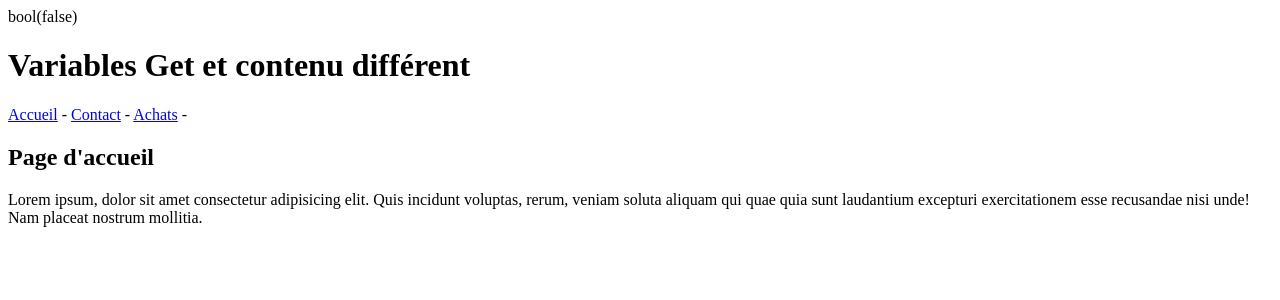
Repository: vicfir/base-php-2021
Page: http://localhost/11-variable-get-if.php?idpage=1
An editor plug-in stored every save of this project. The page is shown before and after the next save, followed by the edit.
The browser window is 1280 px wide. The pictures show the whole page.
The page is run by PHP 8.4 with error messages shown; the project is at /var/www/html/.

Above is the page before, as saved 2021-09-06 14:24:25.

### 11-variable-get-if.php
<?php
// variable de contenu
$pages = [
    1 => [
        "titre" => "Page d'accueil",
        "texte" => "Lorem ipsum, dolor sit amet consectetur adipisicing elit. Quis incidunt voluptas, rerum, veniam soluta aliquam qui quae quia sunt laudantium excepturi exercitationem esse recusandae nisi unde! Nam placeat nostrum mollitia.",
    ],
    2 => [
        "titre" => "Contact",
        "texte" => "Lorem ipsum dolor sit amet consectetur adipisicing elit. Voluptatem, dignissimos ullam, voluptates, molestiae laboriosam quidem culpa ab deleniti ea eum eius? Natus ab saepe tempore non sequi unde amet eveniet!",
    ],
    3 => [
        "titre" => "Achats",
        "texte" => "Lorem ipsum dolor, sit amet consectetur adipisicing elit. Ipsum quo blanditiis, pariatur optio sapiente iure aliquid cumque minima at laudantium nulla quisquam quas doloremque culpa odio soluta enim provident eum.",
    ],

];

if (isset($_GET['idpage'])) {
    $id = (int) $_GET['idpage'];

    switch ($_GET['idpage']) {
        case 0:
            $title = $pages[1]["titre"];
            $texte = $pages[1]["texte"];
            break;
        case $id:
            $title = $pages[$id]["titre"];
            $texte = $pages[$id]["texte"];
            break;
    } // ... sinon si

    // page d'accueil par défaut
} else {
    $title = $pages[1]["titre"];
    $texte = $pages[1]["texte"];
}

?>
<!DOCTYPE html>
<html lang="en">

<head>
    <meta charset="UTF-8">
    <meta http-equiv="X-UA-Compatible" content="IE=edge">
    <meta name="viewport" content="width=device-width, initial-scale=1.0">
    <title>Variables Get et contenu différent</title>
</head>

<body>
    <?php var_dump(isset($page[$id])); ?>
    <h1>Variables Get et contenu différent</h1>
    <nav><a href="?idpage=1">Accueil</a> - <a href="?idpage=2">Contact</a> - <a href="?idpage=3">Achats</a> -</nav>
    <h2><?= $title ?></h2>
    <p><?= $texte ?></p>
</body>

</html>

After the next save:
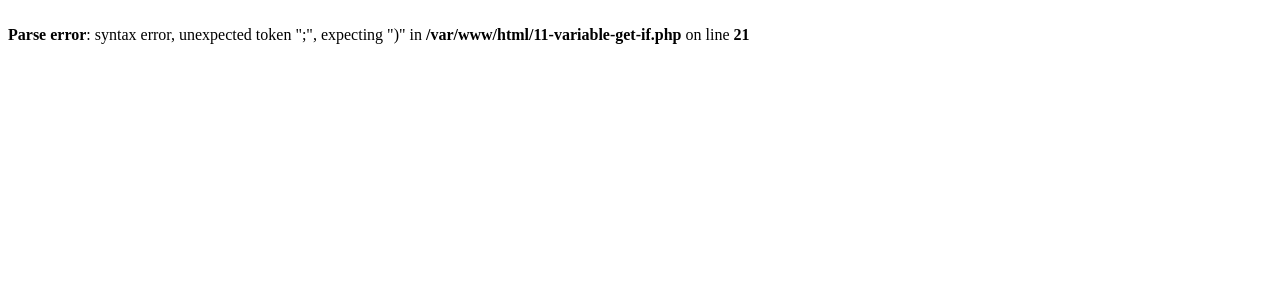
Saved 73 s later.
--- a/11-variable-get-if.php
+++ b/11-variable-get-if.php
@@ -18,7 +18,7 @@ $pages = [
 
 if (isset($_GET['idpage'])) {
     $id = (int) $_GET['idpage'];
-
+    $id = isset($page[$id] ? $id:0;
     switch ($_GET['idpage']) {
         case 0:
             $title = $pages[1]["titre"];
@@ -48,7 +48,7 @@ if (isset($_GET['idpage'])) {
 </head>
 
 <body>
-    <?php var_dump(isset($page[$id])); ?>
+    <?php var_dump()); ?>
     <h1>Variables Get et contenu différent</h1>
     <nav><a href="?idpage=1">Accueil</a> - <a href="?idpage=2">Contact</a> - <a href="?idpage=3">Achats</a> -</nav>
     <h2><?= $title ?></h2>
